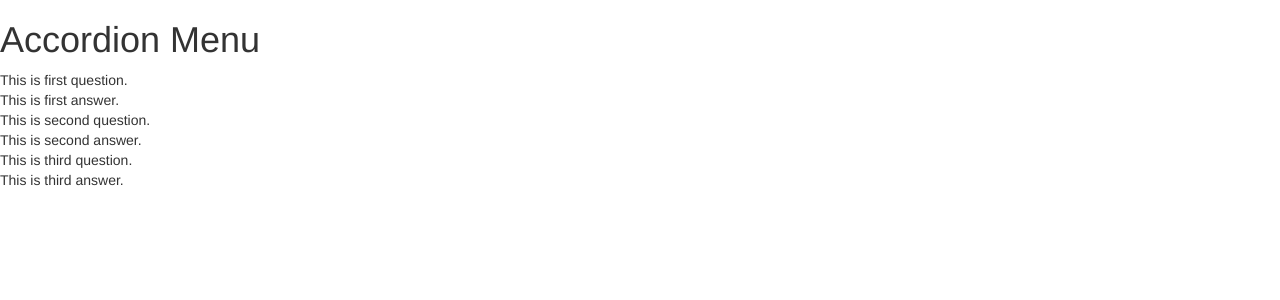
Repository: yeooon/Web-Study
Page: http://localhost/Admin_BBS/ad_faq_list.jsp
These files come from the project's save history. The page is drawn as it stood at one moment and after the next save; the edit follows.
The browser window is 1280 px wide. The pictures show the whole page.
Some web libraries are served in a nearby version. The page is served by Tomcat 9.

Above is the page before, as saved 2022-06-06 13:05:29.
Console error (its wording comes from the project's code and is left out).

After the next save:
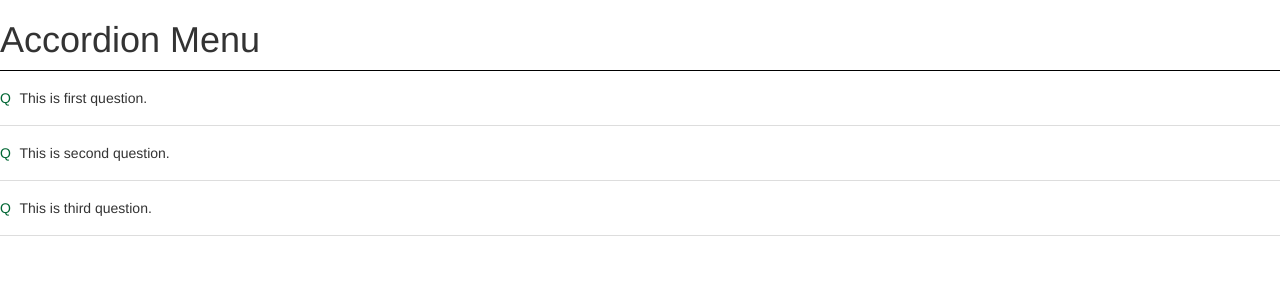
Saved 16 s later.
--- a/Admin_BBS/WebContent/ad_faq_list.jsp
+++ b/Admin_BBS/WebContent/ad_faq_list.jsp
@@ -13,16 +13,55 @@
 <!-- 디자인 담당 -->
 <link href="//netdna.bootstrapcdn.com/bootstrap/3.0.0/css/bootstrap.min.css" rel="stylesheet" id="bootstrap-css">
 <script src="//netdna.bootstrapcdn.com/bootstrap/3.0.0/js/bootstrap.min.js"></script>
-  <script src="https://ajax.googleapis.com/ajax/libs/jquery/3.5.1/jquery.min.js"></script>
+<script src="https://ajax.googleapis.com/ajax/libs/jquery/3.5.1/jquery.min.js"></script>
 <title>Insert title here</title>
 <style type="text/css">
-.form-inline .form-group { margin-right:10px; }
-.well-primary {
-color: rgb(255, 255, 255);
-background-color: rgb(66, 139, 202);
-border-color: rgb(53, 126, 189);
+*{
+  box-sizing: border-box;
 }
-.glyphicon { margin-right:5px; }
+
+.que:first-child{
+    border-top: 1px solid black;
+  }
+
+.que{
+  position: relative;
+  padding: 17px 0;
+  cursor: pointer;
+  font-size: 14px;
+  border-bottom: 1px solid #dddddd;
+
+}
+
+.que::before{
+  display: inline-block;
+  content: 'Q';
+  font-size: 14px;
+  color: #006633;
+  margin-right: 5px;
+}
+
+.que.on>span{
+  font-weight: bold;
+  color: #006633;
+}
+
+.anw {
+  display: none;
+    overflow: hidden;
+  font-size: 14px;
+  background-color: #f4f4f2;
+  padding: 27px 0;
+}
+
+.anw::before {
+  display: inline-block;
+  content: 'A';
+  font-size: 14px;
+  font-weight: bold;
+  color: #666;
+  margin-right: 5px;
+}
 </style>
 </head>
 <body>
